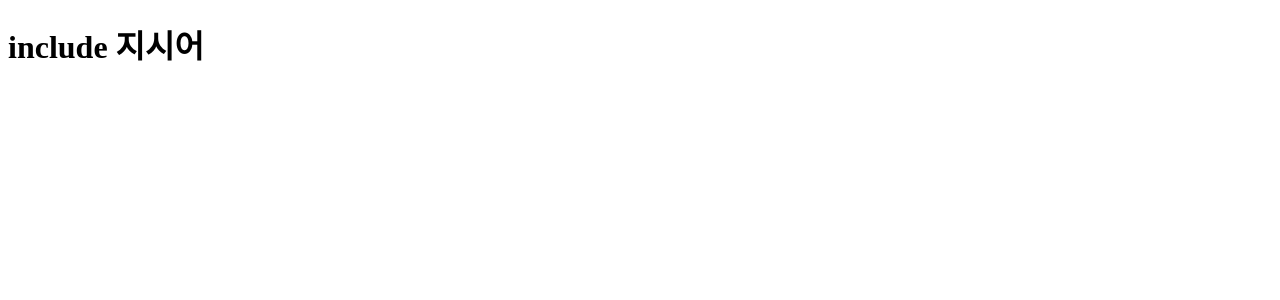
Repository: kkh1396/kh_front
Page: http://localhost/2_jsp/views/1_Basic/4_directiveInclude.jsp
These files come from the project's save history. The page is drawn as it stood at one moment and after the next save; the edit follows.
The browser window is 1280 px wide. The pictures show the whole page.
The page is served by Tomcat 9.

Above is the page before, as saved 2025-03-20 02:30:05.

After the next save:
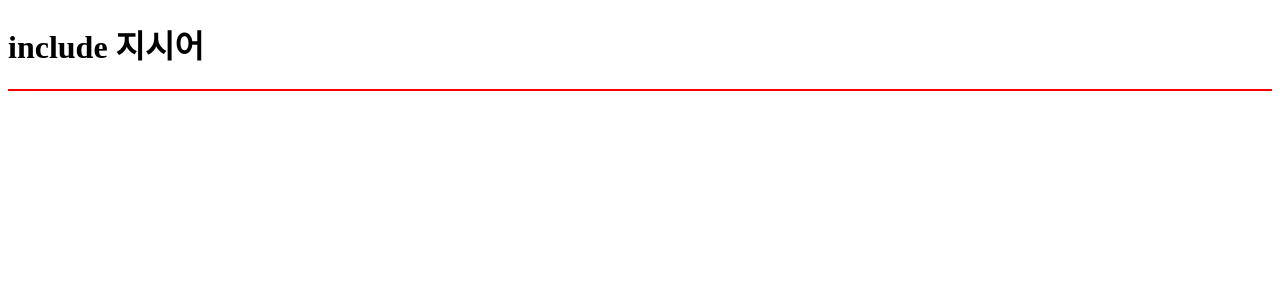
Saved 26 s later.
--- a/05_server/2_jsp/src/main/webapp/views/1_Basic/4_directiveInclude.jsp
+++ b/05_server/2_jsp/src/main/webapp/views/1_Basic/4_directiveInclude.jsp
@@ -10,7 +10,7 @@
 
     <h1>include 지시어</h1>
 
-    <div border : 1px color : red>
+    <div style= "border : 1px solid red">
 
 
     </div>
